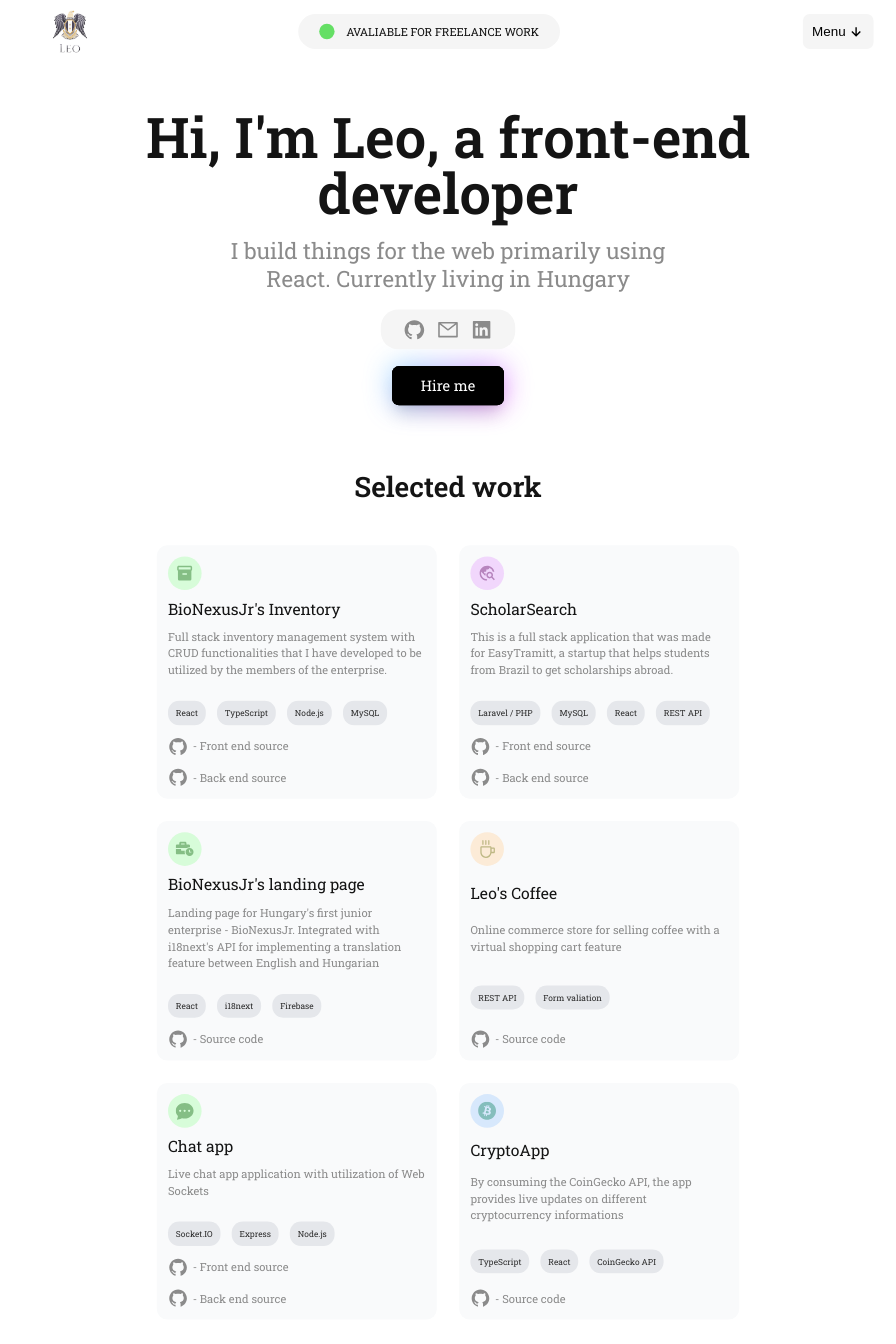
Repository: Leoka2000/portfolio-final
Page: /
The author's editor kept a copy of each file at every save. The page is drawn from the files as they stood at one save, then again after the next save.
The browser window is 1280 px wide. The pictures show the part of the page from y = 0 to 1920 px (the page is 3054 px tall before and 2958 px after), at 70% of full size.
The page's requests for data from a server got no answer. Some web fonts or font styles are not loaded; a fallback is used. The project was rebuilt for these pictures with package versions that can differ from the ones it lists, and the page was loaded fresh each time. No one was signed in, and anything a server would have sent is missing. Also part of the build but not shown: src/App.css. Imported but missing from the stored project, and not drawn on this page: src/assets/BioNexus.mp4, src/assets/LeoCV.pdf, src/assets/ScholarSearch.mp4.

Above is the page before, as saved 2023-05-26 03:21:02.

After the next save:
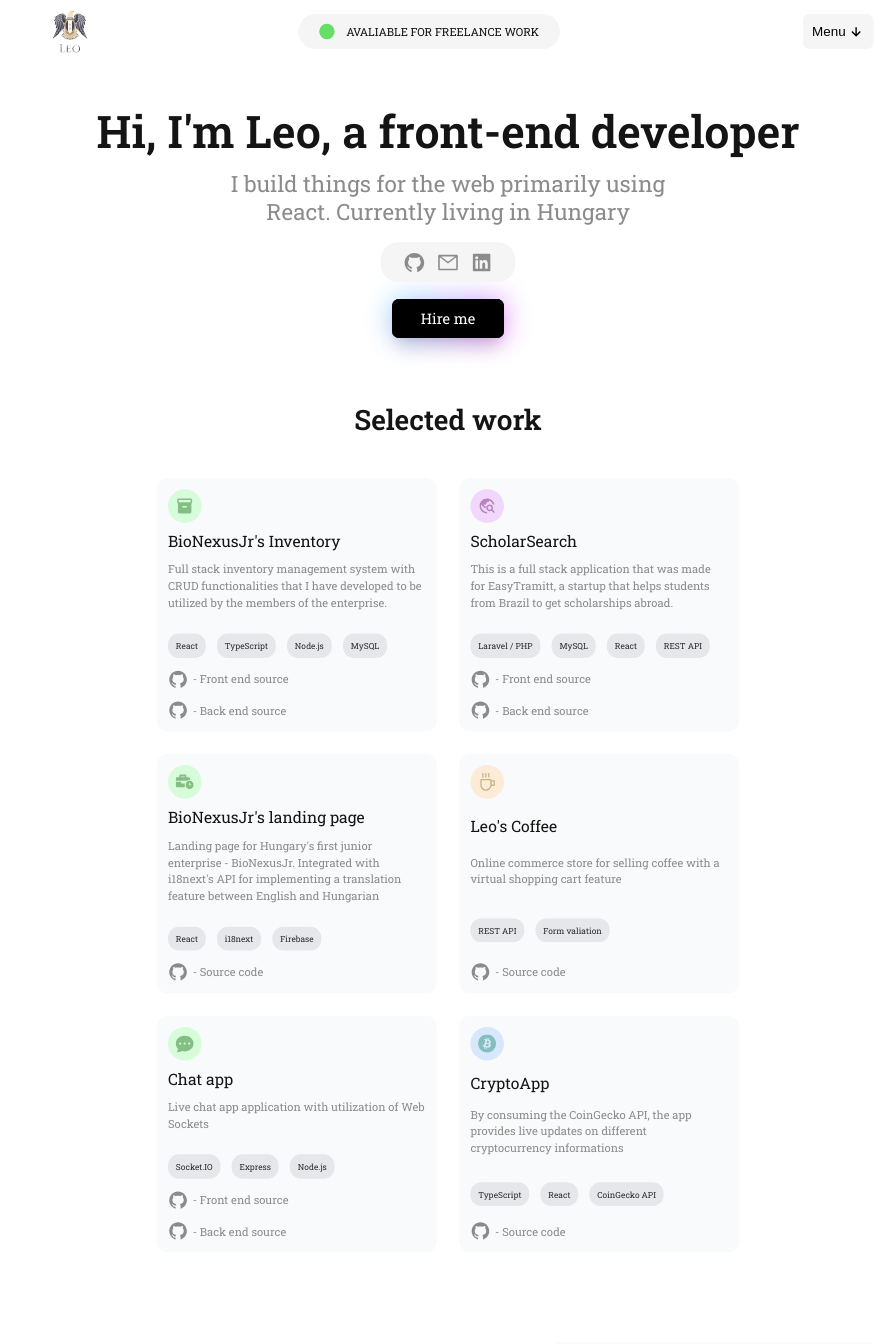
Saved 8 s later.
--- a/src/pages/main/hero/hero.css
+++ b/src/pages/main/hero/hero.css
@@ -9,7 +9,7 @@
 }
 .hero-section h1 {
     color: var(--h1);
-    font-size: 5rem;
+    font-size: 4rem;
 }
 .hero-section p {
     color: var(--p);
